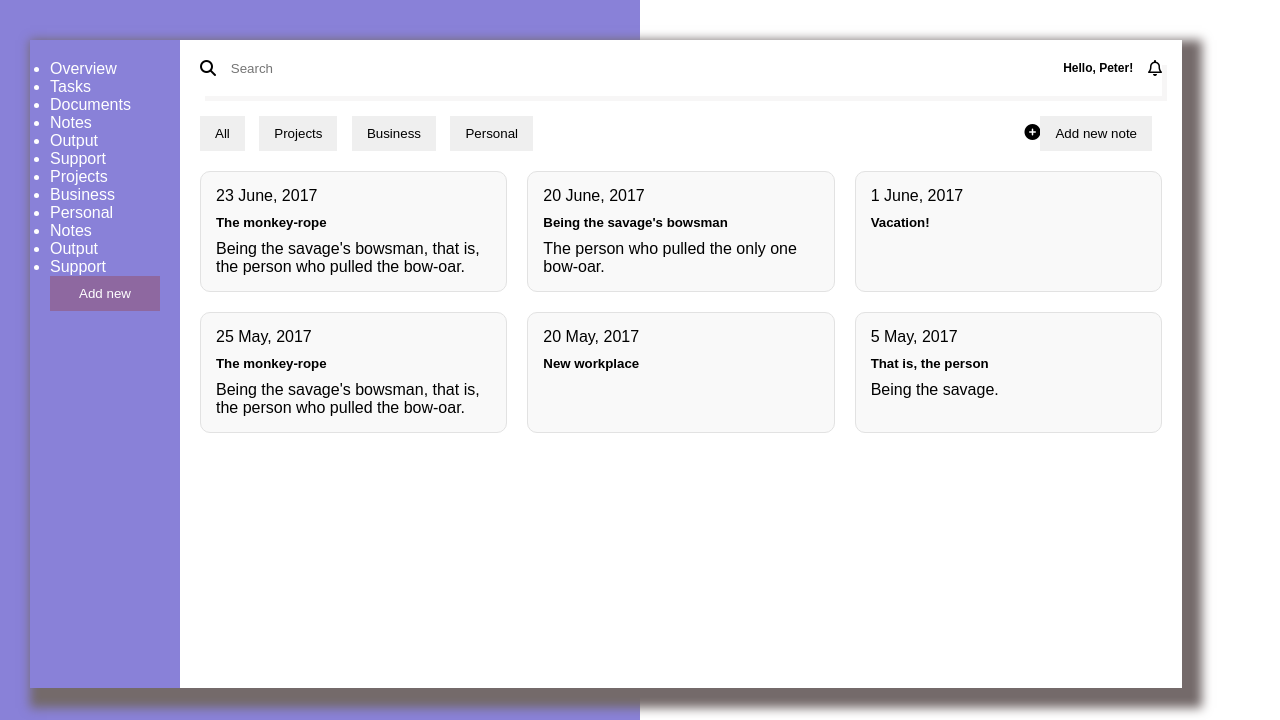
Repository: SatenikGabrielyan/HTML_CSS-_Assignment
Page: index.html
The author's editor kept a copy of each file at every save. The page is drawn from the files as they stood at one save, then again after the next save.
The browser window is 1280 px wide. The pictures show the whole page.
Some web libraries are served in a nearby version.

Above is the page before, as saved 2025-03-17 23:33:10.

After the next save:
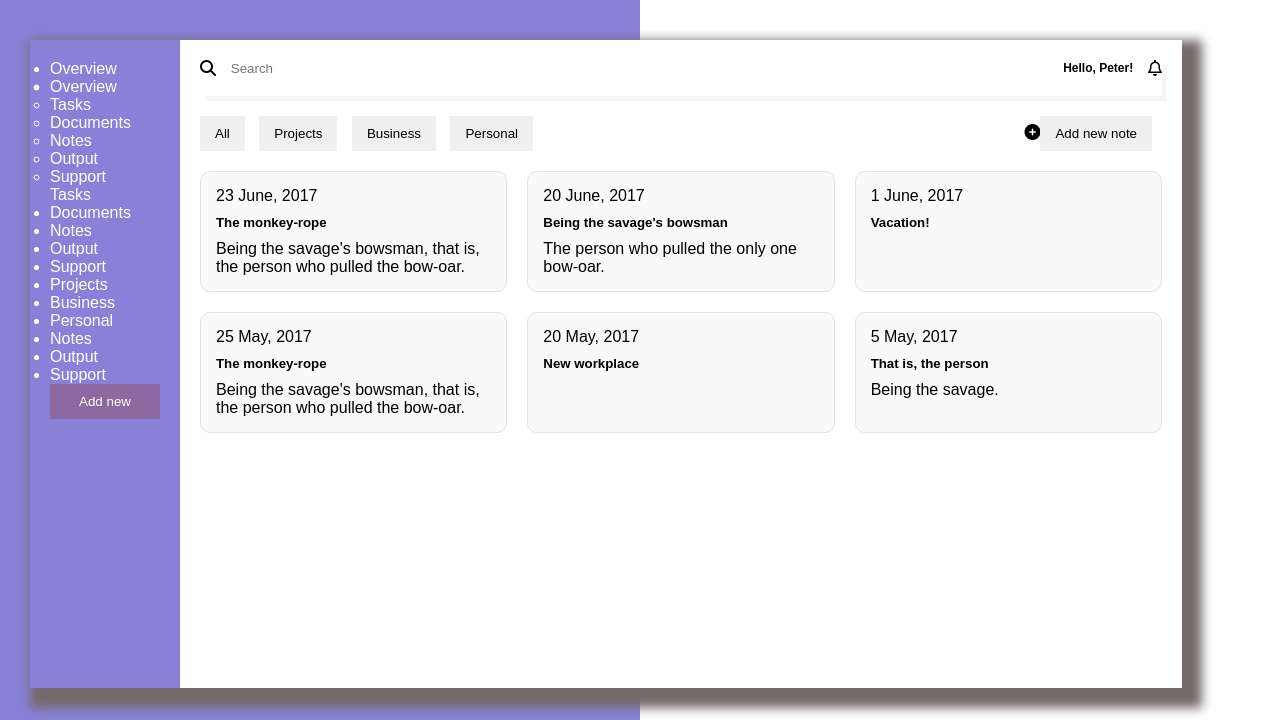
Saved 2 min 57 s later.
--- a/index.html
+++ b/index.html
@@ -20,7 +20,14 @@
         <nav>
             <ul class="first">
                 <li>Overview</li>
-                <li>Tasks</li>
+                <li>  <ul>
+                    <li>Overview</li>
+                    <li>Tasks</li>
+                    <li>Documents</li>
+                    <li>Notes</li>
+                    <li>Output</li>
+                    <li>Support</li>
+                </ul>Tasks</li>
                 <li>Documents</li>
                 <li>Notes</li>
                 <li>Output</li>

After the 3 saves that followed:
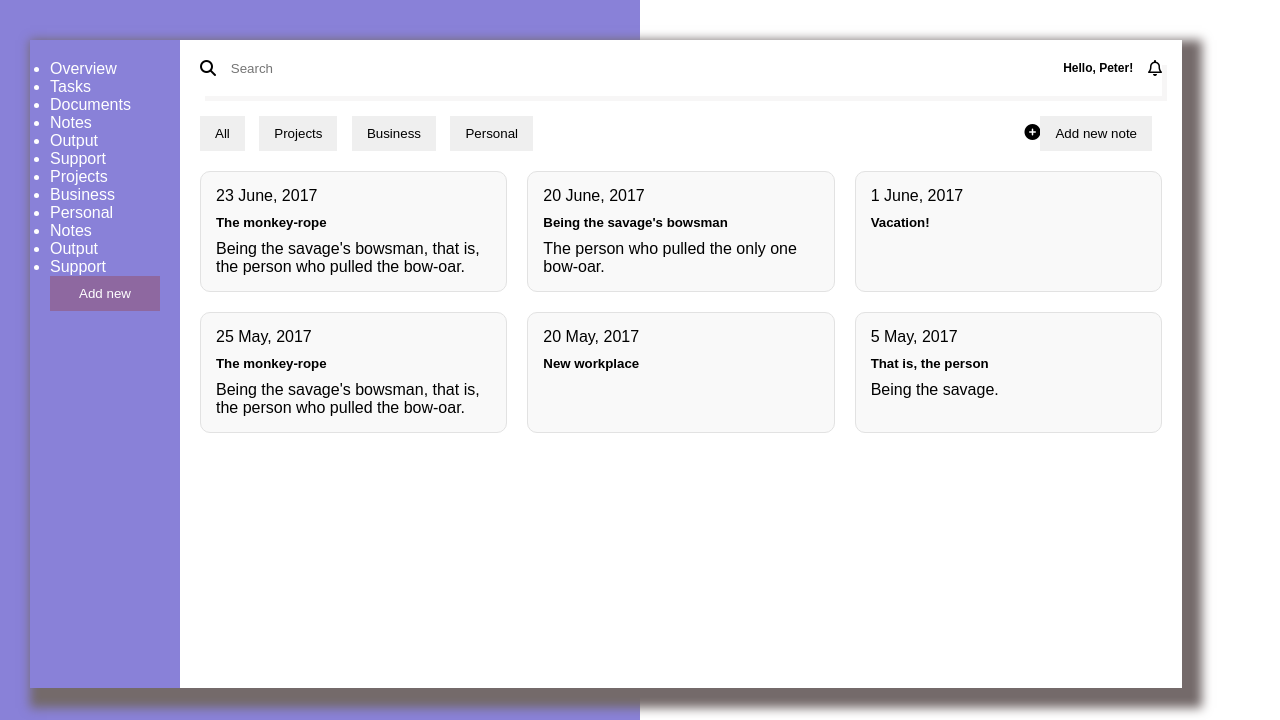
The 3 saves are shown as one change because they came seconds apart.
The last was saved 11 s later.
--- a/index.html
+++ b/index.html
@@ -20,14 +20,7 @@
         <nav>
             <ul class="first">
                 <li>Overview</li>
-                <li>  <ul>
-                    <li>Overview</li>
-                    <li>Tasks</li>
-                    <li>Documents</li>
-                    <li>Notes</li>
-                    <li>Output</li>
-                    <li>Support</li>
-                </ul>Tasks</li>
+                <li> Tasks</li>
                 <li>Documents</li>
                 <li>Notes</li>
                 <li>Output</li>
